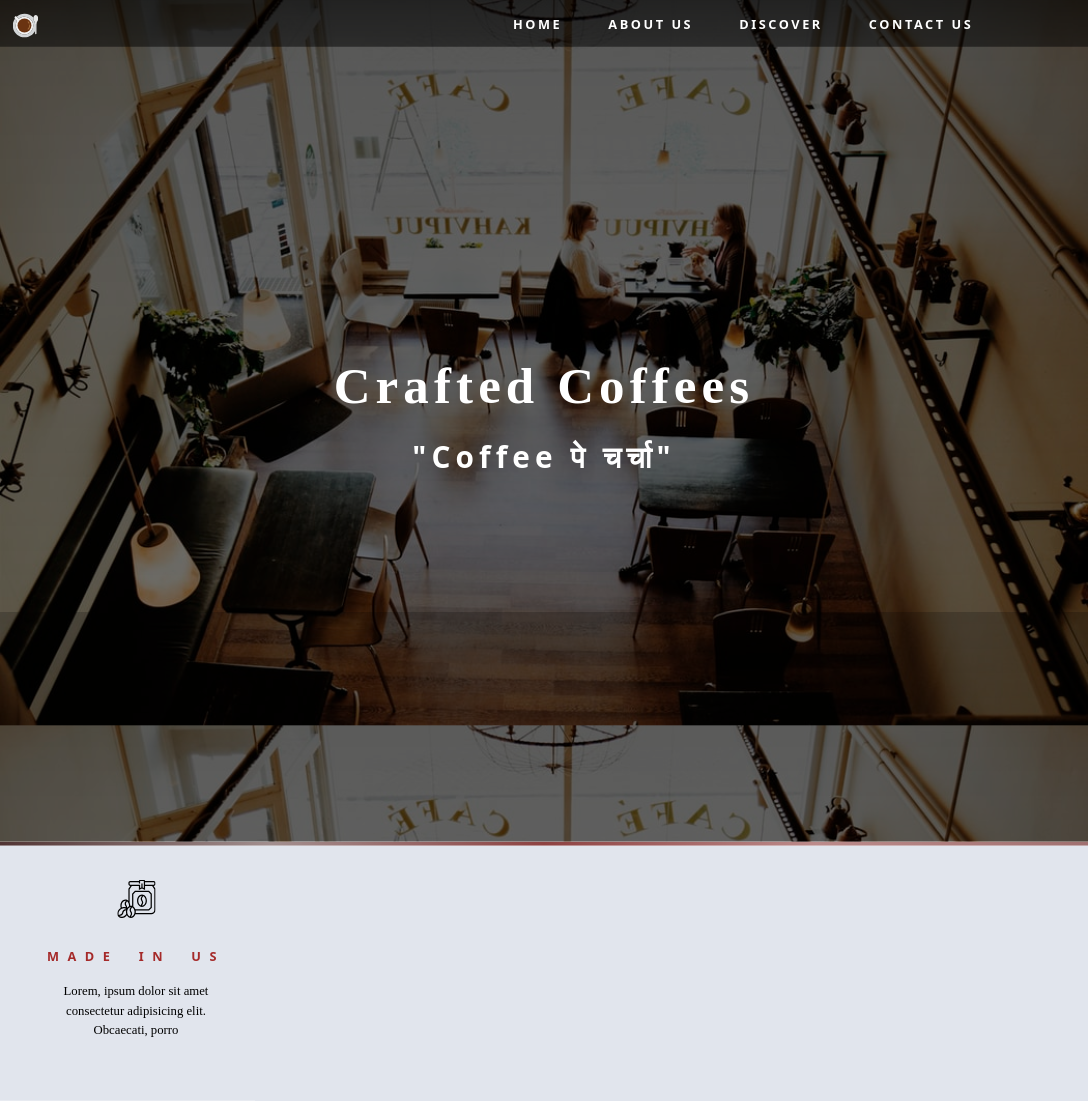
Repository: Aditya0377/Assignments
Page: Assignment/coffee/index.html
The author's editor kept a copy of each file at every save. The page is drawn from the files as they stood at one save, then again after the next save.
The browser window is 1280 px wide. The pictures show the whole page, at 85% of full size.
The pointer rests on the first visible `.onecont`.
Backgrounds fixed to the window are drawn as part of the page. Some web libraries are served in a nearby version.

Above is the page before, as saved 2024-02-02 14:34:28.

### Assignment/coffee/index.html
<!DOCTYPE html>
<html lang="en">

<head>
    <meta charset="UTF-8">
    <meta name="viewport" content="width=device-width, initial-scale=1.0">
    <title>Coffee</title>
    <link rel="stylesheet" href="coffee.css">
    <link rel="stylesheet" href="https://cdn.linearicons.com/free/1.0.0/icon-font.min.css">
    <script src="https://kit.fontawesome.com/edd85780d6.js" crossorigin="anonymous"></script>
</head>

<body>
    <div class="head">
        <div class="navbar">
            <a href="" class="logo"><img src="assets/logo.svg" alt=""></a>
            <div class="navmenu">
                <a href="" class="navcont">HOME</a>
                <a href="" class="navcont">ABOUT US</a>
                <a href="" class="navcont">DISCOVER</a>
                <a href="" class="navcont">CONTACT US</a>

            </div>
        </div>
        <div class="headcont">
            <h1>Crafted Coffees</h1>
            <h2>"Coffee पे चर्चा"</h2>
            <div class="arrow">
                <span class="lnr lnr-chevron-down"></span>
            </div>
        </div>
    </div>
    <div class="linearline"></div>
    <div class="one">
        <div class="onecont">
            <div><img src="assets/coffeebag.svg" alt="" class="onelogo"></div>
            <div class="onehead">MADE IN US</div>
            <div class="lorem">Lorem, ipsum dolor sit amet<br> consectetur adipisicing elit.<br> Obcaecati, porro</div>
        </div>
    </div>
</body>

</html>

### Assignment/coffee/coffee.css
* {
    margin: 0;
    padding: 0;
    box-sizing: border-box;
    font-family: system-ui, -apple-system, BlinkMacSystemFont, 'Segoe UI', Roboto, Oxygen, Ubuntu, Cantarell, 'Open Sans', 'Helvetica Neue', sans-serif;
    ;
}

a {
    text-decoration: none;
    color: black;
}

.head {
    width: 100%;
    background: linear-gradient(rgba(0, 0, 0, 0.6), rgba(0, 0, 0, 0.5)), url(assets/bg1.jpeg) center/cover no-repeat;
    background-repeat: no-repeat;
    background-attachment: fixed;
    background-size: cover;
    height: 990px;
    position: relative;
    display: flex;
    flex-direction: column;
    align-items: center;
    text-align: center;
}

.navbar {
    display: flex;
    align-items: center;
    width: 100%;
    height: 55px;
    background-image: linear-gradient(rgba(0, 0, 0, 0.6), rgba(0, 0, 0, 0.5));
    position: fixed;
    z-index: 999;

}

.navmenu {
    position: inherit;
    right: 0px;
    margin-right: 85px
}

.logo {
    align-self: flex-start;
    margin: 15px;
}

.navbar img {
    width: 30px;
}

.navcont {
    font-weight: 600;
    letter-spacing: 3px;
    font-size: 15px;
    margin-right: 50px;
    color: white;
}

.navcont:hover {
    transition: 0.5s ease;
    color: brown;
}

.headcont {
    margin-top: 420px;
    letter-spacing: 6px;
    color: white;
}

.headcont h1 {
    font-size: 60px;
    font-family: SpartanLimport;

}

.headcont h2 {
    font-weight: 600;
    margin-top: 25px;
    font-size: 35px;
    margin-bottom: 340px;
}

.lnr-chevron-down {
    font-size: 40px;
}

.arrow {
    animation-name: arrowdown;
    animation-duration: 3s;
    animation-iteration-count: infinite;
}

@keyframes arrowdown {
    0% {
        transform: translateY(0px);
    }

    50% {
        transform: translateY(50px);
    }

    100% {
        transform: translateY(0px);
    }
}

.linearline {
    width: 100%;
    background-image: linear-gradient(to left, #a07070, #bc8b8b, #8e4242, #a28f8f, #513434);
    height: 5px;
}

.one {
    width: 100%;
    display: flex;
    justify-content: p;
    align-items: center;
    background-color: #e1e5ed;
}

.onecont {
    height: 300px;
    width: 25%;
    text-align: center;

}

.onelogo {
    margin-top: 40px;
    width: 45px;
}

.onehead {
    font-size: 15px;
    letter-spacing: 10px;
    word-spacing: 10px;
    margin-top: 30px;
    color: brown;
    font-weight: 650;
}

.lorem {
    margin-top: 20px;
    font-size: 15px;
    font-family: RalewayELimport;
    line-height: 23px;
}

After the next save:
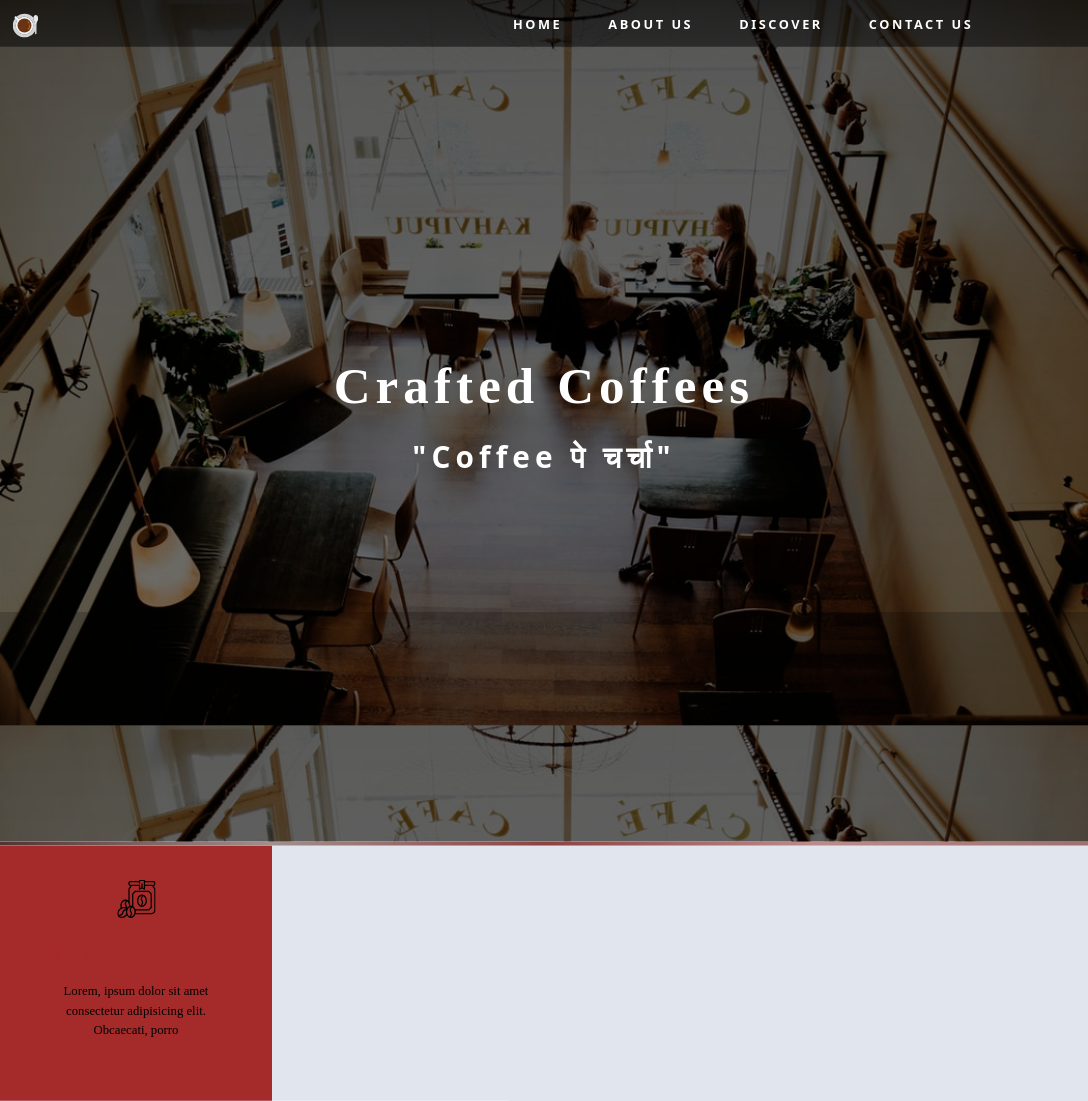
Saved 25 s later.
--- a/Assignment/coffee/coffee.css
+++ b/Assignment/coffee/coffee.css
@@ -148,3 +148,7 @@ a {
     font-family: RalewayELimport;
     line-height: 23px;
 }
+
+.onecont:hover {
+    background-color: brown;
+}
